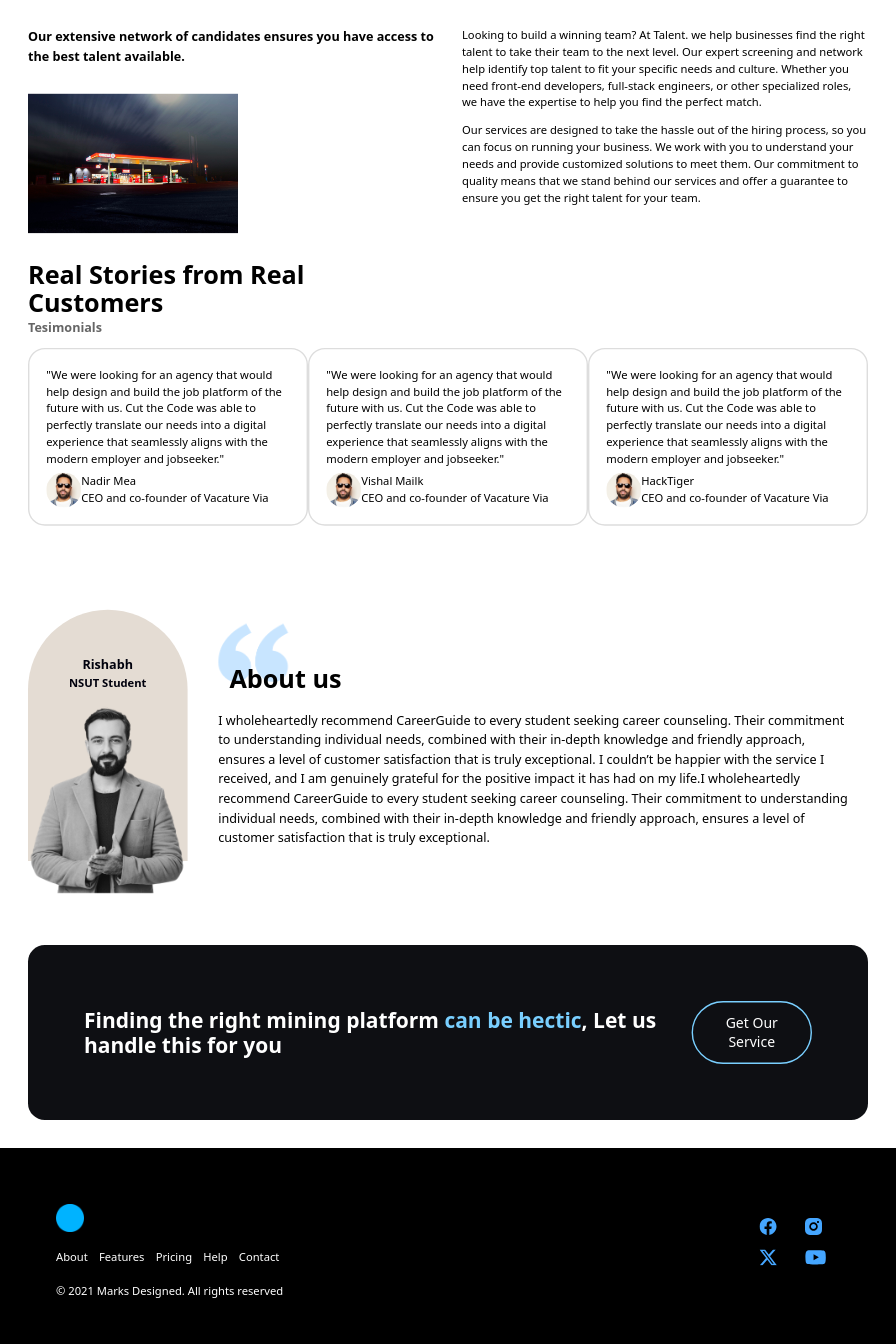
Repository: ayushtenguria/uniteksol
Page: /
The author's editor kept a copy of each file at every save. The page is drawn from the files as they stood at one save, then again after a run of saves.
The browser window is 1280 px wide. The pictures show the part of the page from y = 1050 to 2970 px (the page is 2970 px tall before and 2968 px after), at 70% of full size.
The project was rebuilt for these pictures with package versions that can differ from the ones it lists, and the page was loaded fresh each time. The framework's server and built-in components were replaced by stand-ins that run in the browser. Also part of the build but not shown: next.config.mjs.

Above is the page before, as saved 2024-02-23 21:09:38.

### pages/index.js
import Image from "next/image";
import { Inter } from "next/font/google";
import Layout from "@/components/Layout";
import Hero from "@/components/Hero";
import CompanyLogos from "@/components/companyLogos";
import Story from "@/components/Story";
import ServiceBanner from "@/components/serviceBanner";
import About from "@/components/About";
import Testimonials from "@/components/Testimonials";

const inter = Inter({ subsets: ["latin"] });

export default function Home() {
  return (
    <Layout>
      <Hero></Hero>
      <CompanyLogos></CompanyLogos>
      <Story></Story>
      <Testimonials></Testimonials>
      <About></About>
      <ServiceBanner></ServiceBanner>
    </Layout>
  );
}

### styles/globals.css
@tailwind base;
@tailwind components;
@tailwind utilities;

/* 79CFFF */

.btn-blue{
  background-color: #79CFFF;
  border-radius: 50px;
  padding: 5px 10px;
  font-weight: 500;
  margin-left: 4px;
}

.btn-black{
  background-color: #333333;
  color: #79CFFF;
  border-radius: 50px;
  padding: 15px 40px;
  font-weight: 500;
}

.btn-blueht{
  background-color: #0E0F13;
  color: #ffffff;
  border-radius: 50px;
  border: 2px solid #79CFFF;
  padding: 15px 40px;
  font-weight: 500;
}

### components/Layout.js
import Footer from "./Footer";
import Nav from "./Nav";

export default function Layout({children}){
    return(
        <div className="">
            <Nav></Nav>
                {children}
            <Footer></Footer>
        </div>
    )
}

### components/Hero.js
import Image from "next/image";
import Card from "./Card";

export default function Hero() {
  return (
    <div className="flex gap-4 m-10 grid-cols-2 justify-between text-fontBlack">
      <div className="w-1/2">
        <div className="my-10">
          <h1 className="text-4xl font-bold mb-6">
            We build your dream house with our passion
          </h1>
          <p className="text-lg font-semibold mb-6">
            Our core goal is to respond to today's{" "}
            <span className="underline">dynamic marked</span> by equipping our
            customers with the digital tools they need to remain competitive,
            build their business, and empower the consumer experience.
          </p>
          <button className="btn-black text-lg">Learn More</button>
        </div>
        <div>
          <div className="flex gap-4">
            <Card bgColor={"landingGray"}>
              <span className="text-lg font-bold pb-2">362</span>
              <br></br>Lorem ipsum dolor amet, consectetur adipiscing elit.
              Faucibus in libero.Lorem ipsum dolor amet,
            </Card>
            <Card bgColor={"landingBlue"}>
              <span className="text-lg font-bold pb-2">178K+</span>
              <br></br>
              Lorem ipsum dolor amet, consectetur adipiscing elit. Faucibus in
              libero.Lorem ipsum dolor amet,
            </Card>
          </div>
          <div>
            <Card bgColor={"landingGray"}>
              <div className="flex">
                <span className="text-lg font-bold pb-2">Title</span>
                <br></br>Lorem ipsum dolor amet, consectetur adipiscing elit.
                Faucibus in libero.Lorem ipsum dolor amet,
                <Image src="/home.png" width={200} height={200}></Image>
              </div>
            </Card>
          </div>
        </div>
      </div>
      <div className="w-1/2">
        <Image
          src="/pump2.jpg"
          width={800}
          height={800}
          alt="Petrol pump image"
        ></Image>
      </div>
    </div>
  );
}

### components/Story.js
import Image from "next/image";

export default function Story() {
  return (
    <div className="m-10 mt-20">
        <div><h2 className="text-4xl font-bold pb-10">Our Story</h2></div>
      <div className="flex gap-10">
        <div className="w-1/2">
          <h4 className="text-lg font-semibold pb-10">
            Our extensive network of candidates ensures you have access to the
            best talent available.
          </h4>
          <Image src="/pump3.jpg" width={300} height={300}></Image>
        </div>
        <div className="w-1/2">
          <p className="mb-4">
            Looking to build a winning team? At Talent. we help businesses find
            the right talent to take their team to the next level. Our expert
            screening and network help identify top talent to fit your specific
            needs and culture. Whether you need front-end developers, full-stack
            engineers, or other specialized roles, we have the expertise to help
            you find the perfect match.
          </p>
          <p>
            Our services are designed to take the hassle out of the hiring
            process, so you can focus on running your business. We work with you
            to understand your needs and provide customized solutions to meet
            them. Our commitment to quality means that we stand behind our
            services and offer a guarantee to ensure you get the right talent
            for your team.
          </p>
        </div>
      </div>
    </div>
  );
}

### components/serviceBanner.js
export default function ServiceBanner(){
    return(
        <div className="bg-landingBlack m-10 text-white p-20 rounded-3xl flex justify-between items-center font-semibold">
            <div className="text-3xl mr-10">
                Finding the right mining platform <span className="text-landingBlue">can be hectic</span>, Let us handle this for you
            </div>
            <div>
                <button className="btn-blueht text-xl">Get Our Service</button>
            </div>
        </div>
    )
}

### components/About.js
import Image from "next/image";

export default function About(){
    return(
        <div className="flex m-10 py-20 gap-6">
            <div className="bg-[#E4DCD3] rounded-t-full">
                <div className="flex justify-center relative top-16">
                    <p className="text-[#00010D] font-semibold"><span className="font-semibold flex justify-center text-lg">Rishabh</span> NSUT Student</p>
                </div>

                <Image src="/Person.png" width={1400} height={1400} className="relative top-20"></Image>
            </div>
            <div className="m-5">
                <Image src='/quote.png' width={100} height={100} className="relative z-0"></Image>
                <h2 className="text-4xl font-bold relative z-30 bottom-6 ml-4">
                    About us
                </h2>
                <p className="text-lg font-medium">
                I wholeheartedly recommend CareerGuide to every student seeking career counseling. Their commitment to understanding individual needs, combined with their in-depth knowledge and friendly approach, ensures a level of customer satisfaction that is truly exceptional. I couldn’t be happier with the service I received, and I am genuinely grateful for the positive impact it has had on my life.I wholeheartedly recommend CareerGuide to every student seeking career counseling. Their commitment to understanding individual needs, combined with their in-depth knowledge and friendly approach, ensures a level of customer satisfaction that is truly exceptional.
                </p>
            </div>
        </div>
    )
}

### components/Testimonials.js
import { TESTIMONIALS } from "@/constants/constants";
import Image from "next/image";
import Card from "./Card";
import SimpleSlider from "./SimpleSlider";
import Slider from "./SimpleSlider";

export default function Testimonials() {
  return (
    <div className="m-10">
      <div className="mb-4">
        <h1 className="w-1/3 text-4xl font-bold">
          Real Stories from Real Customers
        </h1>
        <p className="text-[#656565] font-semibold text-lg">Tesimonials</p>
      </div>

      <SimpleSlider dots={false} noOfSlides={3}>
        {TESTIMONIALS.map((t) => (
          <div className="rounded-3xl p-4 border-2 border-[#DDDDDD]">
            <div className="p-2">
              <div className="mb-2">"{t.description}"</div>
              <div className="flex">
                <Image src={t.src} width={50} height={50} className="rounded-full"></Image>
                <div>
                  <h3>{t.name}</h3>
                  <p>{t.designation}</p>
                </div>
              </div>
            </div>
          </div>
        ))}
      </SimpleSlider>
    </div>
  );
}

### components/Footer.js
import { FOOTER_LINKS } from "@/constants/constants";
import Image from "next/image";
import Link from "next/link";
import Socials from "./Socials";

export default function Footer() {
  return (
    <div className="w-screen h-full bg-black text-white flex justify-between p-20 pb-16">
      <div>
        <Image
          src="/blue-dot.png"
          width={40}
          height={40}
          alt="logo of company"
        ></Image>
        <div className="flex gap-4 my-6">
          {FOOTER_LINKS.map((item) => (
            <Link href={item.href}>{item.label}</Link>
          ))}
        </div>
      <div>© 2021 Marks Designed. All rights reserved</div>
      </div>
      <div>
        <Socials></Socials>
      </div>
    </div>
  );
}

### components/Nav.js
import { NAV_LINKS } from "@/constants/constants";
import Image from "next/image";
import Link from "next/link";

export default function Nav() {
  return (
    <div className="flex justify-between m-10">
      <div>
        <Image
          src="/blue-dot.png"
          width={40}
          height={40}
          alt="logo of company"
        ></Image>
      </div>
      <div className="hidden h-full lg:flex">
        {NAV_LINKS.map((item) => (
          <Link href={item.href} key={item.key} className="p-4">
            {item.label}
          </Link>
        ))}
        <button className="btn-blue">Book an Appointment!</button>
      </div>

      <div className="inline-block cursor-pointer lg:hidden">
        <svg
          xmlns="http://www.w3.org/2000/svg"
          fill="none"
          viewBox="0 0 24 24"
          stroke-width="1.5"
          stroke="currentColor"
          class="w-8 h-8"
        >
          <path
            stroke-linecap="round"
            stroke-linejoin="round"
            d="M3.75 6.75h16.5M3.75 12h16.5m-16.5 5.25h16.5"
          />
        </svg>
      </div>
    </div>
  );
}

### components/Card.js
export default function Card({title,bgColor,children,textColor}){
    const bgColorClass = bgColor ? `bg-${bgColor}` : "bg-black";
    const textColorClass = textColor ? `text-${textColor}` : "text-black";
    return(
        // <div className={bgColorClass+" rounded-lg border-2 border-black p-4 my-2" + textColorClass}>
        <div className={`bg-landingGray rounded-3xl p-4 m-2`}>
            {children}
        </div>
    )
}

### constants/constants.js
export const NAV_LINKS = [
    { href: '/solution', key: 'solution', label: 'Our Solution' },
    { href: '/nocode', key: 'no_code', label: 'No-Code' },
    { href: '/projects', key: 'projects', label: 'Projects' },
    { href: '/about', key: 'about', label: 'About us' },
    { href: '/contact', key: 'contact', label: 'Contact' }
];

export const FOOTER_LINKS = [
    { href: '/about', key: 'about', label: 'About' },
    { href: '/features', key: 'features', label: 'Features' },
    { href: '/pricing', key: 'pricing', label: 'Pricing' },
    { href: '/help', key: 'help', label: 'Help' },
    { href: '/contact', key: 'contact', label: 'Contact' }
];

export const TESTIMONIALS = [
    { src:'/testi1.png',name: 'Nadir Mea', designation:'CEO and co-founder of Vacature Via', key: 'about', description: 'We were looking for an agency that would help design and build the job platform of the future with us. Cut the Code was able to perfectly translate our needs into a digital experience that seamlessly aligns with the modern employer and jobseeker.' },
    { src:'/testi1.png',name: 'Vishal Mailk', designation:'CEO and co-founder of Vacature Via', key: 'about', description: 'We were looking for an agency that would help design and build the job platform of the future with us. Cut the Code was able to perfectly translate our needs into a digital experience that seamlessly aligns with the modern employer and jobseeker.' },
    { src:'/testi1.png',name: 'HackTiger', designation:'CEO and co-founder of Vacature Via', key: 'about', description: 'We were looking for an agency that would help design and build the job platform of the future with us. Cut the Code was able to perfectly translate our needs into a digital experience that seamlessly aligns with the modern employer and jobseeker.' },
    { src:'/testi1.png',name: 'Rishabh', designation:'CEO and co-founder of Vacature Via', key: 'about', description: 'We were looking for an agency that would help design and build the job platform of the future with us. Cut the Code was able to perfectly translate our needs into a digital experience that seamlessly aligns with the modern employer and jobseeker.' },
    { src:'/testi1.png',name: 'Nadir Mea', designation:'CEO and co-founder of Vacature Via', key: 'about', description: 'We were looking for an agency that would help design and build the job platform of the future with us. Cut the Code was able to perfectly translate our needs into a digital experience that seamlessly aligns with the modern employer and jobseeker.' },
    { src:'/testi1.png',name: 'Nadir Mea', designation:'CEO and co-founder of Vacature Via', key: 'about', description: 'We were looking for an agency that would help design and build the job platform of the future with us. Cut the Code was able to perfectly translate our needs into a digital experience that seamlessly aligns with the modern employer and jobseeker.' },
    { src:'/testi1.png',name: 'Nadir Mea', designation:'CEO and co-founder of Vacature Via', key: 'about', description: 'We were looking for an agency that would help design and build the job platform of the future with us. Cut the Code was able to perfectly translate our needs into a digital experience that seamlessly aligns with the modern employer and jobseeker.' },
]

### components/SimpleSlider.js
import "slick-carousel/slick/slick.css";
import "slick-carousel/slick/slick-theme.css";

import React from "react";
import Slider from "react-slick";

export default function SimpleSlider({children,dots,noOfSlides}) {
    var settings = {
      dots: dots,
      infinite: true,
      speed: 500,
      slidesToShow: noOfSlides,
      slidesToScroll: 1,
      initialSlide: 0,
      arrows:false,
      // autoplay: true,
      // speed: 3000,
      // autoplaySpeed: 3000,
      draggable:true,
      swipe:true,
      responsive: [
        {
          breakpoint: 1024,
          settings: {
            slidesToShow: 2,
            slidesToScroll: 1,
            infinite: true,
            dots: true
          }
        },
        {
          breakpoint: 600,
          settings: {
            slidesToShow: 1,
            slidesToScroll: 1,
            initialSlide: 1
          }
        },
        {
          breakpoint: 480,
          settings: {
            slidesToShow: 1,
            slidesToScroll: 1
          }
        }
      ]
    };
    return (
      <div className="slider-container">
        <Slider {...settings}>
        {children}
        </Slider>
      </div>
    );
  }

### components/Socials.js
export default function Socials() {
  return (
    <div>
      <div className="flex gap-10 m-5">
        <svg
          width="25"
          height="25"
          viewBox="0 0 25 25"
          fill="none"
          xmlns="http://www.w3.org/2000/svg"
        >
          <path
            d="M12.1528 0C5.4408 0 0 5.4408 0 12.1528C0 18.2182 4.44427 23.2458 10.2545 24.1585V15.6649H7.16771V12.1528H10.2545V9.47552C10.2545 6.43004 12.0677 4.74809 14.8446 4.74809C16.1741 4.74809 17.5644 4.98507 17.5644 4.98507V7.97465H16.0332C14.5226 7.97465 14.0523 8.91163 14.0523 9.87292V12.1528H17.4222L16.8839 15.6649H14.0523V24.1585C19.8613 23.2471 24.3056 18.217 24.3056 12.1528C24.3056 5.4408 18.8648 0 12.1528 0Z"
            fill="#45A6FF"
          />
        </svg>
        <svg
          width="25"
          height="25"
          viewBox="0 0 25 25"
          fill="none"
          xmlns="http://www.w3.org/2000/svg"
        >
          <path
            d="M12.1528 0C15.4547 0 15.8667 0.0121527 17.1622 0.0729166C18.4564 0.133681 19.3375 0.336632 20.1128 0.638021C20.9149 0.946702 21.5906 1.36476 22.2663 2.03924C22.8843 2.64675 23.3624 3.38162 23.6675 4.19271C23.9677 4.96684 24.1719 5.84913 24.2326 7.1434C24.2898 8.43889 24.3056 8.85087 24.3056 12.1528C24.3056 15.4547 24.2934 15.8667 24.2326 17.1622C24.1719 18.4564 23.9677 19.3375 23.6675 20.1128C23.3633 20.9244 22.885 21.6594 22.2663 22.2663C21.6586 22.8841 20.9238 23.3622 20.1128 23.6675C19.3387 23.9677 18.4564 24.1719 17.1622 24.2326C15.8667 24.2898 15.4547 24.3056 12.1528 24.3056C8.85087 24.3056 8.43889 24.2934 7.1434 24.2326C5.84913 24.1719 4.96806 23.9677 4.19271 23.6675C3.3813 23.3631 2.6463 22.8848 2.03924 22.2663C1.42115 21.6589 0.942972 20.924 0.638021 20.1128C0.336632 19.3387 0.133681 18.4564 0.0729166 17.1622C0.0157985 15.8667 0 15.4547 0 12.1528C0 8.85087 0.0121527 8.43889 0.0729166 7.1434C0.133681 5.84792 0.336632 4.96806 0.638021 4.19271C0.942127 3.38112 1.42042 2.64605 2.03924 2.03924C2.64648 1.42094 3.38142 0.942727 4.19271 0.638021C4.96806 0.336632 5.84792 0.133681 7.1434 0.0729166C8.43889 0.0157985 8.85087 0 12.1528 0ZM12.1528 6.07639C10.5412 6.07639 8.99567 6.71658 7.85612 7.85612C6.71658 8.99567 6.07639 10.5412 6.07639 12.1528C6.07639 13.7643 6.71658 15.3099 7.85612 16.4494C8.99567 17.589 10.5412 18.2292 12.1528 18.2292C13.7643 18.2292 15.3099 17.589 16.4494 16.4494C17.589 15.3099 18.2292 13.7643 18.2292 12.1528C18.2292 10.5412 17.589 8.99567 16.4494 7.85612C15.3099 6.71658 13.7643 6.07639 12.1528 6.07639ZM20.0521 5.77257C20.0521 5.36968 19.892 4.98329 19.6072 4.69841C19.3223 4.41352 18.9359 4.25347 18.533 4.25347C18.1301 4.25347 17.7437 4.41352 17.4588 4.69841C17.1739 4.98329 17.0139 5.36968 17.0139 5.77257C17.0139 6.17546 17.1739 6.56185 17.4588 6.84673C17.7437 7.13162 18.1301 7.29167 18.533 7.29167C18.9359 7.29167 19.3223 7.13162 19.6072 6.84673C19.892 6.56185 20.0521 6.17546 20.0521 5.77257ZM12.1528 8.50695C13.1197 8.50695 14.047 8.89106 14.7308 9.57479C15.4145 10.2585 15.7986 11.1858 15.7986 12.1528C15.7986 13.1197 15.4145 14.047 14.7308 14.7308C14.047 15.4145 13.1197 15.7986 12.1528 15.7986C11.1858 15.7986 10.2585 15.4145 9.57479 14.7308C8.89106 14.047 8.50695 13.1197 8.50695 12.1528C8.50695 11.1858 8.89106 10.2585 9.57479 9.57479C10.2585 8.89106 11.1858 8.50695 12.1528 8.50695Z"
            fill="#45A6FF"
          />
        </svg>
      </div>
      <div className="flex gap-10 m-5">
        <svg
          width="25"
          height="23"
          viewBox="0 0 25 23"
          fill="none"
          xmlns="http://www.w3.org/2000/svg"
        >
          <path
            d="M19.5234 0H23.3259L15.0207 9.5169L24.7917 22.4674H17.1419L11.1501 14.6116L4.29361 22.4674H0.489635L9.3728 12.2874L0 0H7.84501L13.2604 7.17874L19.5234 0ZM18.1909 20.1866H20.2982L6.6984 2.16152H4.43926L18.1909 20.1866Z"
            fill="#45A6FF"
          />
        </svg>
        <svg
          width="30"
          height="22"
          viewBox="0 0 30 22"
          fill="none"
          xmlns="http://www.w3.org/2000/svg"
        >
          <path
            d="M12.2356 15.5277L19.8044 11.1527L12.2356 6.77767V15.5277ZM29.094 4.10892C29.2836 4.79434 29.4148 5.71309 29.5023 6.87975C29.6044 8.04642 29.6481 9.05267 29.6481 9.92767L29.7356 11.1527C29.7356 14.3464 29.5023 16.6943 29.094 18.1964C28.7294 19.5089 27.8836 20.3548 26.5711 20.7193C25.8856 20.9089 24.6315 21.0402 22.7065 21.1277C20.8106 21.2298 19.0752 21.2735 17.4711 21.2735L15.1523 21.361C9.04189 21.361 5.23564 21.1277 3.73355 20.7193C2.42105 20.3548 1.57522 19.5089 1.21064 18.1964C1.02105 17.511 0.889803 16.5923 0.802303 15.4256C0.70022 14.2589 0.65647 13.2527 0.65647 12.3777L0.56897 11.1527C0.56897 7.95892 0.802303 5.611 1.21064 4.10892C1.57522 2.79642 2.42105 1.95059 3.73355 1.586C4.41897 1.39642 5.67314 1.26517 7.59814 1.17767C9.49397 1.07559 11.2294 1.03184 12.8336 1.03184L15.1523 0.944336C21.2627 0.944336 25.069 1.17767 26.5711 1.586C27.8836 1.95059 28.7294 2.79642 29.094 4.10892Z"
            fill="#45A6FF"
          />
        </svg>
      </div>
    </div>
  );
}

Loaded but not shown: pages/_app.js (common file); pages/_document.js (common file); components/companyLogos.js (library); tailwind.config.js (common file)

After the next 3 saves:
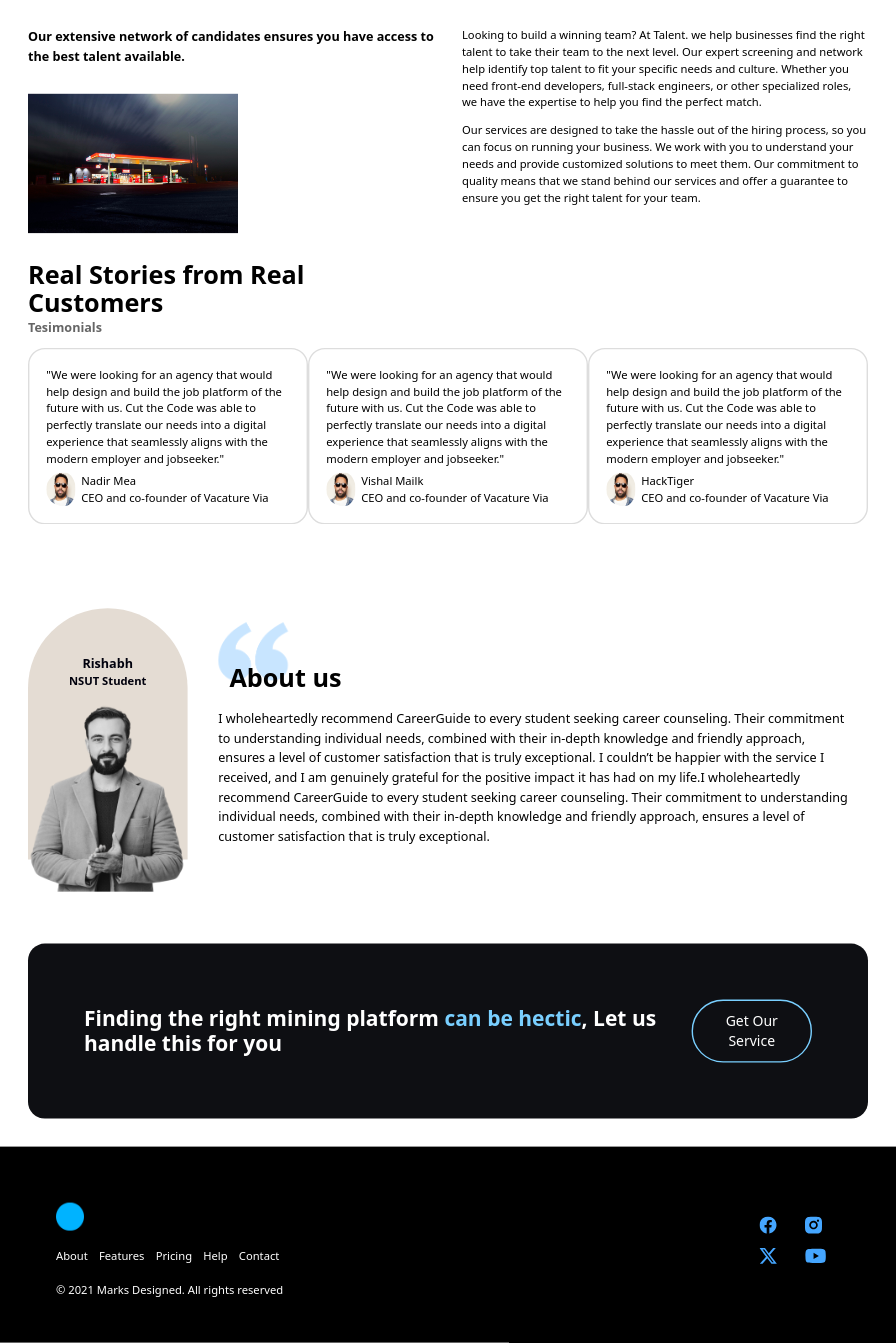
The 3 saves are shown as one change because they came seconds apart.
The last was saved 12 s later.
--- a/components/Testimonials.js
+++ b/components/Testimonials.js
@@ -20,7 +20,7 @@
             <div className="p-2">
               <div className="mb-2">"{t.description}"</div>
               <div className="flex">
-                <Image src={t.src} width={50} height={50} className="rounded-full"></Image>
+                <Image src={t.src} width={50} height={50} className="rounded-full pr-2"></Image>
                 <div>
                   <h3>{t.name}</h3>
                   <p>{t.designation}</p>
